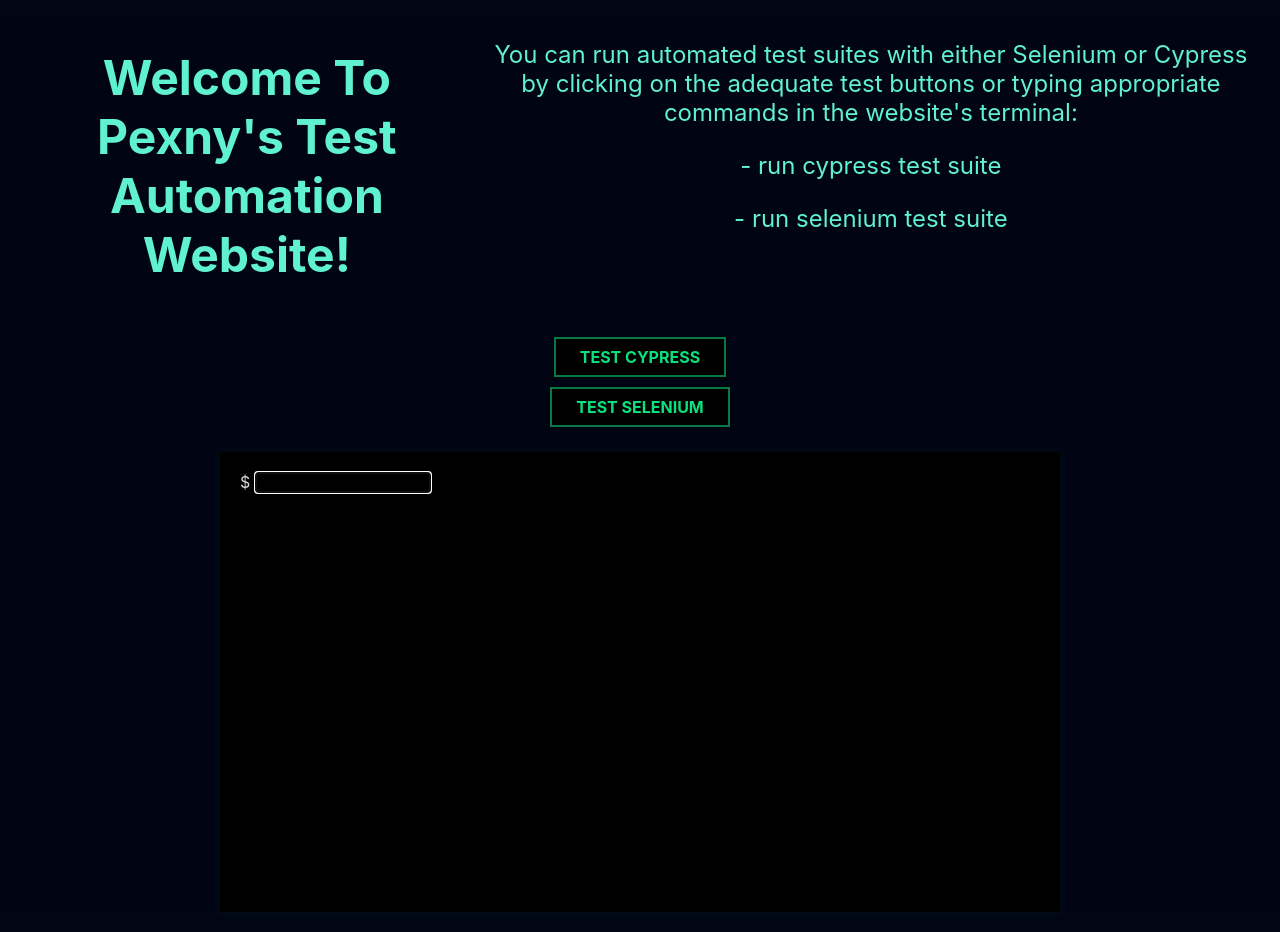
Repository: p3xny/Test-Automation-Website
Page: / (app in client/)
An editor plug-in stored every save of this project. The page is shown before and after the next save, followed by the edit.
The browser window is 1280 px wide. The pictures show the whole page.
The project was rebuilt for these pictures with package versions that can differ from the ones it lists, and the page was loaded fresh each time. Also part of the build but not shown: client/src/components/UI/TestMenu.js, client/src/components/UI/Card.module.css, client/src/components/UI/Card.js.

Above is the page before, as saved 2023-08-24 20:32:49.

### client/src/index.css
body {
  margin: 0;
  font-family: -apple-system, BlinkMacSystemFont, "Segoe UI", "Roboto", "Oxygen",
    "Ubuntu", "Cantarell", "Fira Sans", "Droid Sans", "Helvetica Neue",
    sans-serif;
  -webkit-font-smoothing: antialiased;
  -moz-osx-font-smoothing: grayscale;
  background-color: rgba(0, 5, 20, 0.993);
}

code {
  font-family: source-code-pro, Menlo, Monaco, Consolas, "Courier New",
    monospace;
}

### client/src/App.js
import React from "react";

import "./App.css";

import WelcomeMessage from "./components/UI/WelcomeMessage";
import Tests from "./components/Tests";
import Terminal from "./components/Terminal/Terminal";

function App() {
  return (
    <div className="App">
      <header className="App-header">
        <WelcomeMessage />
      </header>
      <Tests testTool="cypress" buttonId="cypress-menu" />
      <Tests testTool="selenium" buttonId="selenium-menu" />
      <Terminal />
    </div>
  );
}

export default App;

### client/src/App.css
.App {
  text-align: center;
  background: rgba(0, 5, 20, 0.993);
}

.App-logo {
  height: 40vmin;
  pointer-events: none;
}

@media (prefers-reduced-motion: no-preference) {
  .App-logo {
    animation: App-logo-spin infinite 20s linear;
  }
}

.App-header {
  /* background-color: rgba(0, 5, 20, 0.993); */
  /* min-height: 100vh; */
  /* display: flex; */
  /* flex-direction: column; */
  /* align-items: center; */
  /* justify-content: center; */
  font-size: calc(10px + 2vmin);
  color: white;
}

.App-link {
  color: #61dafb;
}

@keyframes App-logo-spin {
  from {
    transform: rotate(0deg);
  }
  to {
    transform: rotate(360deg);
  }
}

### client/src/components/UI/WelcomeMessage.js
import React from "react";

import styles from "./WelcomeMessage.module.css";

const WelcomeMessage = (props) => {
  return (
    <div className={styles.WelcomeMessage}>
      <h1>Welcome To Pexny's Test Automation Website!</h1>
      <p>
        You can run automated test suites with either Selenium or Cypress by
        clicking on the adequate test buttons or typing appropriate commands in
        the website's terminal:
        <p>- run cypress test suite</p>
        <p>- run selenium test suite</p>
      </p>
    </div>
  );
};

export default WelcomeMessage;

// const describeOriginal = require("mocha").describe;

// require("mocha").describe = (describeTitle) => {
//   TestListener.watch(describeTitle);
//   describeOriginal(describeTitle);
// };

### client/src/components/Tests.js
import React, { useState, useEffect } from "react";

import styles from "./UI/Button.module.css";

import TestMenu from "./UI/TestMenu";
import Button from "./UI/Button";
import Card from "./UI/Card";

const testCases = [
  {
    cypress: [
      { id: 1, name: "Cypress Full Test", command: "" },
      { id: 2, name: "Cypress Buttons Test", command: "" },
      { id: 3, name: "Cypress Terminal Test", command: "" },
    ],
    selenium: [
      { id: 1, name: "Selenium Full Test", command: "pytest -v" },
      {
        id: 2,
        name: "Selenium Buttons Test",
        command: "pytest -v test_client_buttons.py",
      },
      {
        id: 3,
        name: "Selenium Terminal Test",
        command: "pytest -v test_client_terminal.py",
      },
    ],
  },
];

const Tests = (props) => {
  const [isActive, setIsActive] = useState(false);

  const makeActiveHandler = (event) => {
    setIsActive(true);
    console.log("Activated!");
  };

  const makeInactiveHandler = (event) => {
    setIsActive(false);
  };

  const filterButtons = testCases.find((test) =>
    test.hasOwnProperty(props.testTool)
  );

  return (
    <div>
      {!isActive && (
        <Button
          name={`TEST ${props.testTool.toUpperCase()}`}
          id={`test-button-${props.buttonId}`}
          testFamily={props.testTool}
          onActivate={makeActiveHandler}
        />
      )}
      {isActive && (
        <React.Fragment>
          <TestMenu tests={filterButtons[props.testTool]} testTool="cypress" />
          <button
            className={styles.button}
            id={"back-button"}
            onClick={makeInactiveHandler}
          >
            BACK
          </button>
        </React.Fragment>
      )}
    </div>
  );
};

export default Tests;

### client/src/components/Terminal/Terminal.js
import React, { useState } from "react";

import styles from "./Terminal.module.css";

import Card from "../UI/Card";

const Terminal = (props) => {
  const [terminalInput, setTerminalInput] = useState("");
  const [terminalOutput, setTerminalOutput] = useState([]);

  const terminalInputHandler = (event) => {
    setTerminalInput(event.target.value);
    console.log(event.target.value);
  };

  const submitHandler = (event) => {
    event.preventDefault();
    writeToTerminal(`$ ${terminalInput}\n`);
    processCommand(terminalInput);
    setTerminalInput("");
  };

  const writeToTerminal = (message) => {
    setTerminalOutput((prevOutput) => [...prevOutput, message]);
  };

  const processCommand = async (command) => {
    try {
      const response = await fetch("http://localhost:5000/run_tests", {
        method: "POST",
        headers: {
          "Content-Type": "application/json",
        },
        body: JSON.stringify({ command }),
      });

      if (command === "clear" || command === "cls") {
        setTerminalOutput([]);
        return;
      }

      const data = await response.json();

      if (data.success) {
        writeToTerminal(data.output);
      } else {
        writeToTerminal(`Error: ${data.error}\n`);
      }
    } catch (error) {
      writeToTerminal(`Error: ${error}\n`);
    }
  };

  const highlightWords = (message) => {
    const greenWords = [
      "success",
      "Success",
      "SUCCESS",
      "passed",
      "Passed",
      "PASSED",
    ];
    const redWords = [
      // "error",
      // "Error",
      // "ERROR",
      "failed",
      "Failed",
      "FAILED",
      "FAILURES",
    ];
    const parts = message.split(
      new RegExp(`(${greenWords.concat(redWords).join("|")})`, "g")
    );

    return parts.map((part, index) => {
      if (greenWords.includes(part.toLowerCase())) {
        return (
          <span className={styles["highlighted-green"]} key={index}>
            {part}
          </span>
        );
      } else if (redWords.includes(part.toLowerCase())) {
        return (
          <span className={styles["highlighted-red"]} key={index}>
            {part}
          </span>
        );
      }
      return part;
    });
  };

  return (
    <div className={styles.terminal}>
      <div id="output">
        {terminalOutput.map((message, index) => (
          <pre key={index} className={styles.outputContent}>
            {highlightWords(message)}
          </pre>
        ))}
      </div>
      <form id="input-form" onSubmit={submitHandler}>
        <span>$</span>
        <input
          className={styles.input}
          type="text"
          id="command-input"
          value={terminalInput}
          onChange={terminalInputHandler}
          autoFocus
        />
      </form>
    </div>
  );
};

export default Terminal;

### client/src/components/UI/WelcomeMessage.module.css
.WelcomeMessage {
  color: rgb(96, 241, 210);
  font-size: 1.5rem;
  /* font-weight: bold; */
  text-align: center;
  margin: 1rem;
  display: flex;
}

### client/src/components/UI/Button.module.css
.button {
  width: 100%;
  font: inherit;
  font-weight: bold;
  padding: 0.5rem 1.5rem;
  border: 2px solid rgb(8, 121, 68);
  color: rgb(9, 226, 125);
  background: black;
  box-shadow: 0 0 4px rgba(0, 0, 0, 0.26);
  cursor: pointer;
  margin: 5px;
  margin-top: 5px;
  margin-bottom: 5px;
}

.button:focus {
  outline: none;
}

.button:hover,
.button:active {
  background: rgb(8, 121, 68);
  border-color: rgb(9, 226, 125);
  color: black;
  box-shadow: 0 0 8px rgba(0, 0, 0, 0.26);
}

@media (min-width: 768px) {
  .button {
    width: auto;
  }
}

### client/src/components/UI/Button.js
import styles from "./Button.module.css";

const Button = (props) => {
  return (
    <button id={props.id} className={styles.button} onClick={props.onActivate}>
      {props.name}
    </button>
  );
};

export default Button;

### client/src/components/Terminal/Terminal.module.css
.terminal {
  margin-top: 20px;
  margin-bottom: 20px;
  margin-left: auto;
  margin-right: auto;

  /* border: 1px solid rgb(8, 121, 68); */
  padding: 20px;
  width: 80%;
  max-width: 800px;
  min-height: 420px;
  max-height: 420px;
  background-color: black;
  overflow-y: auto;
  overflow-x: auto;
  box-shadow: 0 0 10px rgba(23, 78, 62, 0.2);
  overflow-wrap: break-word;
}

#output {
  white-space: pre-wrap;
}

.outputContent {
  text-align: left;
  font-family: monospace;
  overflow-wrap: break-word;
  color: rgba(255, 255, 255, 0.842);
}

.highlighted-green {
  font-family: monospace;
  font-weight: bold;
  color: rgb(12, 145, 12);
}

.highlighted-red {
  font-family: monospace;
  font-weight: bold;
  color: rgb(158, 2, 2);
}

.input {
  background-color: transparent;
  /* border: none; */
  color: rgba(255, 255, 255, 0.842);
  font-family: monospace;
  caret-color: rgba(255, 255, 255, 0.842);
  margin: 0 5px;
}

form {
  display: flex;
  align-items: left;
}

span {
  color: rgba(255, 255, 255, 0.842);
  font-size: 1rem;
}

Loaded but not shown: client/public/index.html (common file); client/src/index.js (common file); client/src/reportWebVitals.js (common file)

After the next save:
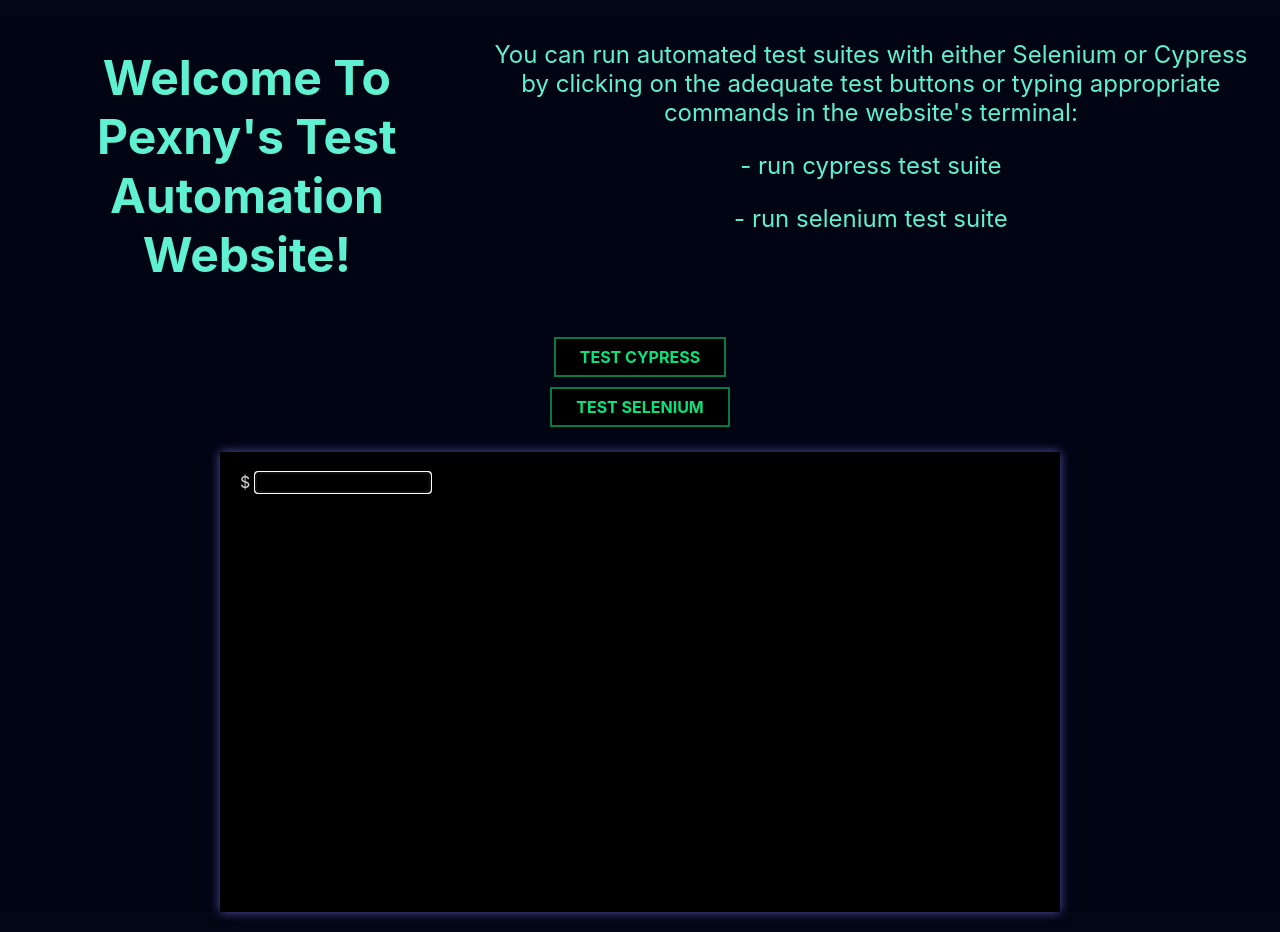
Saved 40 h 44 min later.
--- a/client/src/components/Terminal/Terminal.module.css
+++ b/client/src/components/Terminal/Terminal.module.css
@@ -13,7 +13,8 @@
   background-color: black;
   overflow-y: auto;
   overflow-x: auto;
-  box-shadow: 0 0 10px rgba(23, 78, 62, 0.2);
+  /* box-shadow: 0 0 10px rgba(23, 78, 62, 0.2); */
+  box-shadow: 0 0 10px rgba(116, 99, 209, 0.767);
   overflow-wrap: break-word;
 }
 
